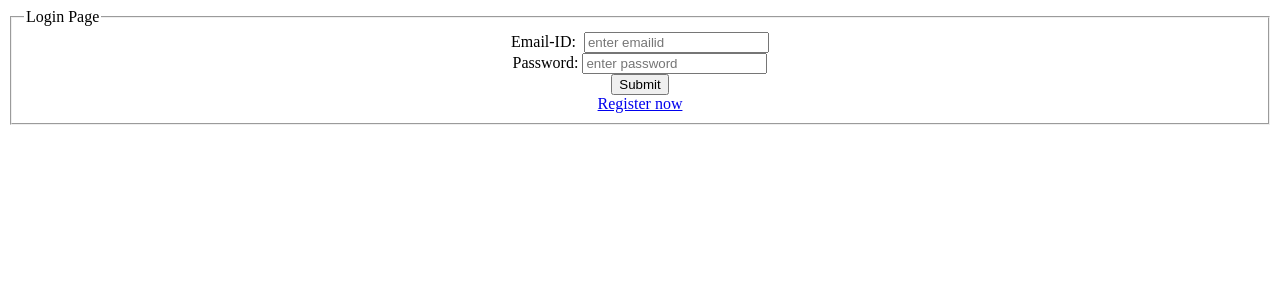
Repository: Tharungandhi/ServeltProject
Page: ServletJDBCApp/WebContent/login.html
An editor plug-in stored every save of this project. The page is shown before and after the next save, followed by the edit.
The browser window is 1280 px wide. The pictures show the whole page.

Above is the page before, as saved 2019-01-24 04:44:42.

### ServletJDBCApp/WebContent/login.html
<!DOCTYPE html>
<html>
<head>
<meta charset="UTF-8">
<title>Login Page</title>
</head>
<body>
<form action="login" method="post">

<fieldset>
<legend> Login Page</legend>
<div align="center">
<div>
<label>Email-ID:</label>
&nbsp;<input type="email" name="emailid"  placeholder="enter emailid" value="" required/> </div>
<div>
<label>Password:</label>
<input type="password" name="password"  placeholder="enter password" value="" required/> </div>
<input type="submit" name="submit"/>
<div>
<a href=registration.html> Register now </a> </div>
</div>
</fieldset>
</form>
</body>
</html>

After the next save:
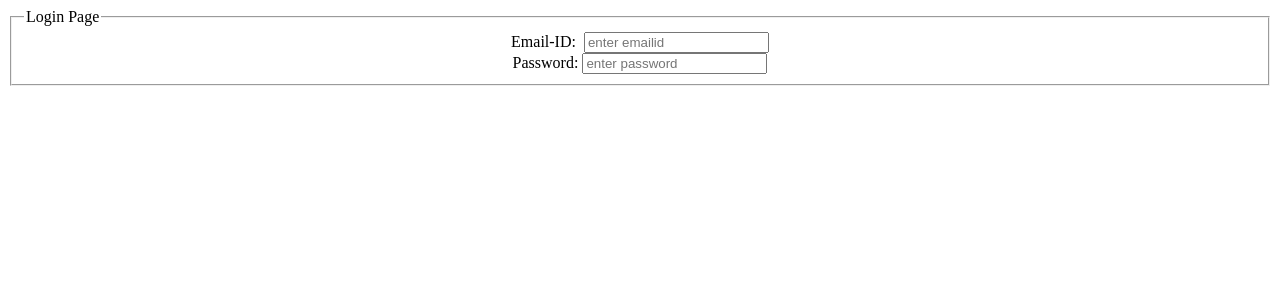
Saved 6 min 15 s later.
--- a/ServletJDBCApp/WebContent/login.html
+++ b/ServletJDBCApp/WebContent/login.html
@@ -16,7 +16,7 @@
 <div>
 <label>Password:</label>
 <input type="password" name="password"  placeholder="enter password" value="" required/> </div>
-<input type="submit" name="submit"/>
+<input style='color: green; type="submit" name="submit"/>
 <div>
 <a href=registration.html> Register now </a> </div>
 </div>

After the save that followed:
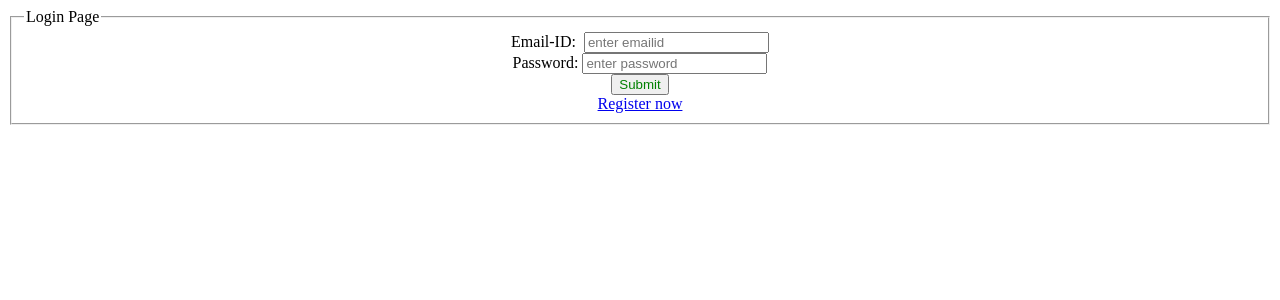
Saved 38 s later.
--- a/ServletJDBCApp/WebContent/login.html
+++ b/ServletJDBCApp/WebContent/login.html
@@ -16,7 +16,7 @@
 <div>
 <label>Password:</label>
 <input type="password" name="password"  placeholder="enter password" value="" required/> </div>
-<input style='color: green; type="submit" name="submit"/>
+<input style='color: green' type="submit" name="submit"/>
 <div>
 <a href=registration.html> Register now </a> </div>
 </div>
